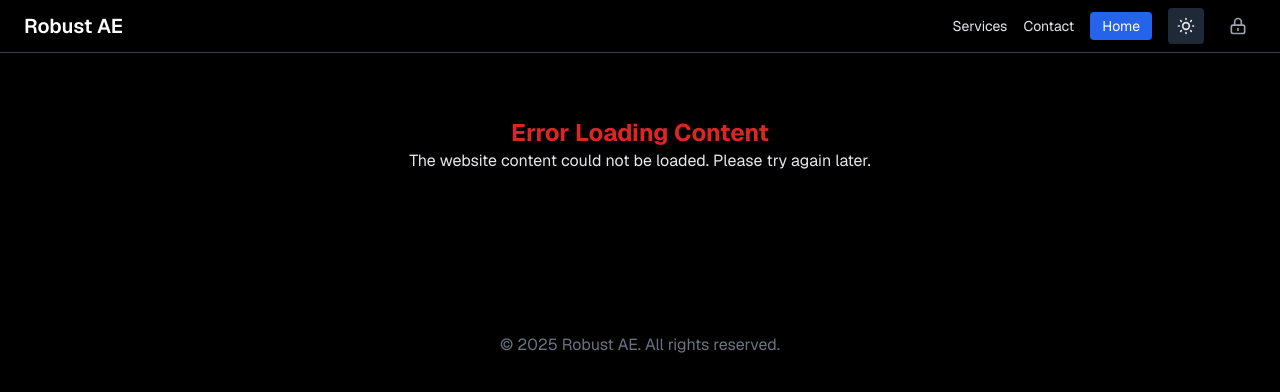
Repository: b0ase/robust-ae.com
Page: /newsite
The author's editor kept a copy of each file at every save. The page is drawn from the files as they stood at one save, then again after the next save.
The browser window is 1280 px wide. The pictures show the whole page.
The page's requests for data from a server got no answer. The project was rebuilt for these pictures with package versions that can differ from the ones it lists, and the page was loaded fresh each time. The framework's server and built-in components were replaced by stand-ins that run in the browser. No one was signed in, and anything a server would have sent is missing. Also part of the build but not shown: next.config.ts.

Above is the page before, as saved 2025-05-05 13:00:38.

### src/app/layout.tsx
import type { Metadata } from "next";
import { Geist, Geist_Mono, Roboto_Mono } from "next/font/google";
import "./globals.css";
// import Providers from "./providers"; // Ensure this import is removed or commented out

const geistSans = Geist({
  variable: "--font-geist-sans",
  subsets: ["latin"],
});

const geistMono = Geist_Mono({
  variable: "--font-geist-mono",
  subsets: ["latin"],
});

const robotoMono = Roboto_Mono({
  variable: "--font-roboto-mono",
  subsets: ["latin"],
  weight: ["400", "700"]
});

export const metadata: Metadata = {
  title: "Robust AE - Automation & Embedded Systems",
  description: "Robust AE Ltd offers expert embedded systems development, industrial automation solutions, and prototyping services.",
};

export default function RootLayout({
  children,
}: Readonly<{
  children: React.ReactNode;
}>) {
  return (
    <html lang="en">
      {/* Ensure no Provider wrapper here */}
      <body className={`${geistSans.variable} ${geistMono.variable} ${robotoMono.variable} antialiased`}>
        {children}
      </body>
    </html>
  );
}

### src/app/newsite/layout.tsx
import SharedLayout from '../shared-layout';

export default function NewSiteLayout({ children }: { children: React.ReactNode }) {
  return <SharedLayout>{children}</SharedLayout>;
}

### src/app/globals.css
@tailwind base;
@tailwind components;
@tailwind utilities;

/* Custom styles below */
:root {
  --background: #ffffff;
  --foreground: #171717;
}

@media (prefers-color-scheme: dark) {
  :root {
    --background: #0a0a0a;
    --foreground: #ededed;
  }
}

body {
  background: var(--background);
  color: var(--foreground);
  font-family: var(--font-geist-sans, Arial, Helvetica, sans-serif);
}

### src/app/shared-layout.tsx
"use client"; // Mark as Client Component for theme state

import React, { useState, useEffect } from 'react';
import Link from 'next/link';

// This component defines the shared structure (header, footer, theme)
export default function SharedLayout({ children }: { children: React.ReactNode }) {
  // State for theme management
  const [theme, setTheme] = useState('dark');

  // Effect to apply theme class and set initial state
  useEffect(() => {
    if (theme === 'dark') {
      document.documentElement.classList.add('dark');
    } else {
      document.documentElement.classList.remove('dark');
    }
    // Optional: Save theme preference to localStorage if needed
  }, [theme]);

  // Function to toggle theme
  const toggleTheme = () => {
    setTheme(theme === 'light' ? 'dark' : 'light');
  };

  return (
    <div className="bg-white dark:bg-black text-gray-800 dark:text-gray-200 min-h-screen">
      {/* Header Section */}
      <header className="sticky top-0 z-50 bg-white dark:bg-black border-b border-gray-200 dark:border-gray-700 shadow-md">
        {/* Reduce vertical padding py-2 */}
        <nav className="container mx-auto px-6 py-2 flex justify-between items-center">
          <div>
            <Link href="/newsite" className="text-xl font-semibold font-[var(--font-roboto-mono)] dark:text-white hover:text-blue-600 dark:hover:text-blue-400">
              {/* Remove Image, Add Text */}
              Robust AE
            </Link>
          </div>
          <div className="space-x-4 flex items-center">
            {/* Make nav links slightly smaller? text-sm */}
            <Link href="/newsite#services" className="text-sm hover:text-blue-600 dark:hover:text-blue-400">Services</Link>
            <Link href="/newsite#contact" className="text-sm hover:text-blue-600 dark:hover:text-blue-400">Contact</Link>
            {/* Make Home button slightly smaller? text-sm px-3 py-1 */}
            <Link href="/" className="bg-blue-600 text-white text-sm px-3 py-1 rounded hover:bg-blue-700">Home</Link>
            {/* Theme Toggle Button */}
            <button
              onClick={toggleTheme}
              className="p-2 rounded bg-gray-200 dark:bg-gray-800 hover:bg-gray-300 dark:hover:bg-gray-700"
              aria-label="Toggle theme"
            >
              {theme === 'light' ? (
                <svg xmlns="http://www.w3.org/2000/svg" className="h-5 w-5 text-gray-800" fill="none" viewBox="0 0 24 24" stroke="currentColor"><path strokeLinecap="round" strokeLinejoin="round" strokeWidth={2} d="M20.354 15.354A9 9 0 018.646 3.646 9.003 9.003 0 0012 21a9.003 9.003 0 008.354-5.646z" /></svg>
              ) : (
                <svg xmlns="http://www.w3.org/2000/svg" className="h-5 w-5 text-gray-200" fill="none" viewBox="0 0 24 24" stroke="currentColor"><path strokeLinecap="round" strokeLinejoin="round" strokeWidth={2} d="M12 3v1m0 16v1m9-9h-1M4 12H3m15.364 6.364l-.707-.707M6.343 6.343l-.707-.707m12.728 0l-.707.707M6.343 17.657l-.707.707M16 12a4 4 0 11-8 0 4 4 0 018 0z" /></svg>
              )}
            </button>
             {/* Admin Link */}
             <Link href="/admin" className="p-2 rounded hover:bg-gray-100 dark:hover:bg-gray-700" title="Admin Login">
               <svg xmlns="http://www.w3.org/2000/svg" className="h-5 w-5 text-gray-600 dark:text-gray-400" fill="none" viewBox="0 0 24 24" stroke="currentColor" strokeWidth={2}>
                 <path strokeLinecap="round" strokeLinejoin="round" d="M12 15v2m-6 4h12a2 2 0 002-2v-6a2 2 0 00-2-2H6a2 2 0 00-2 2v6a2 2 0 002 2zm10-10V7a4 4 0 00-8 0v4h8z" />
               </svg>
             </Link>
          </div>
        </nav>
      </header>

      {/* Render the actual page content here */}
      <main>{children}</main>

       {/* Footer Section - Insert Actual Code */}
       <footer className="bg-gray-800 dark:bg-black text-gray-400 dark:text-gray-500 py-8 mt-16">
         <div className="container mx-auto text-center">
           <p>© {new Date().getFullYear()} Robust AE. All rights reserved.</p>
           {/* Add footer links if needed */}
         </div>
       </footer>
    </div>
  );
}

### tailwind.config.ts
import type { Config } from "tailwindcss";

const config: Config = {
  content: [
    "./src/pages/**/*.{js,ts,jsx,tsx,mdx}",
    "./src/components/**/*.{js,ts,jsx,tsx,mdx}",
    "./src/app/**/*.{js,ts,jsx,tsx,mdx}",
  ],
  darkMode: "class", // Enable class-based dark mode
  theme: {
    extend: {
      backgroundImage: {
        "gradient-radial": "radial-gradient(var(--tw-gradient-stops))",
        "gradient-conic":
          "conic-gradient(from 180deg at 50% 50%, var(--tw-gradient-stops))",
      },
    },
  },
  plugins: [],
};
export default config;

Loaded but not shown: src/app/newsite/page.tsx (698 lines, source omitted)

After the next save:
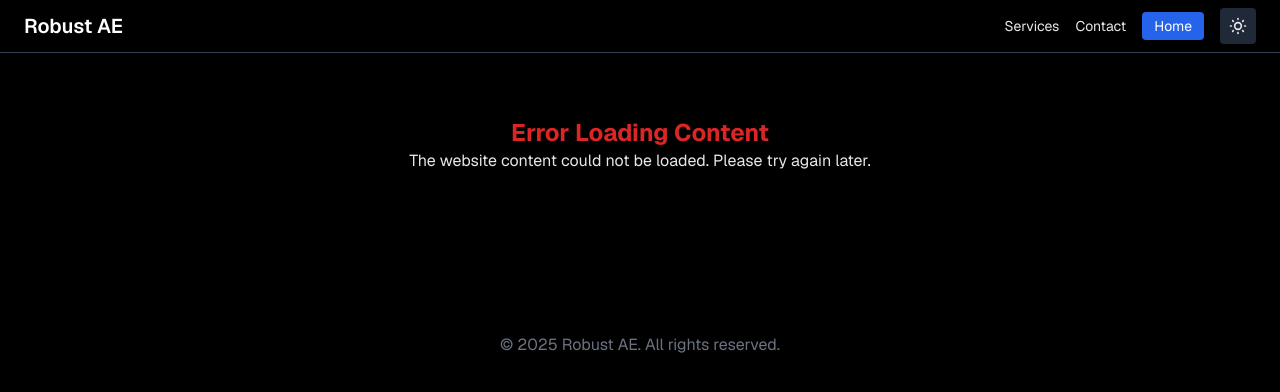
Saved 80 s later.
--- a/src/app/shared-layout.tsx
+++ b/src/app/shared-layout.tsx
@@ -53,12 +53,6 @@
                 <svg xmlns="http://www.w3.org/2000/svg" className="h-5 w-5 text-gray-200" fill="none" viewBox="0 0 24 24" stroke="currentColor"><path strokeLinecap="round" strokeLinejoin="round" strokeWidth={2} d="M12 3v1m0 16v1m9-9h-1M4 12H3m15.364 6.364l-.707-.707M6.343 6.343l-.707-.707m12.728 0l-.707.707M6.343 17.657l-.707.707M16 12a4 4 0 11-8 0 4 4 0 018 0z" /></svg>
               )}
             </button>
-             {/* Admin Link */}
-             <Link href="/admin" className="p-2 rounded hover:bg-gray-100 dark:hover:bg-gray-700" title="Admin Login">
-               <svg xmlns="http://www.w3.org/2000/svg" className="h-5 w-5 text-gray-600 dark:text-gray-400" fill="none" viewBox="0 0 24 24" stroke="currentColor" strokeWidth={2}>
-                 <path strokeLinecap="round" strokeLinejoin="round" d="M12 15v2m-6 4h12a2 2 0 002-2v-6a2 2 0 00-2-2H6a2 2 0 00-2 2v6a2 2 0 002 2zm10-10V7a4 4 0 00-8 0v4h8z" />
-               </svg>
-             </Link>
           </div>
         </nav>
       </header>
